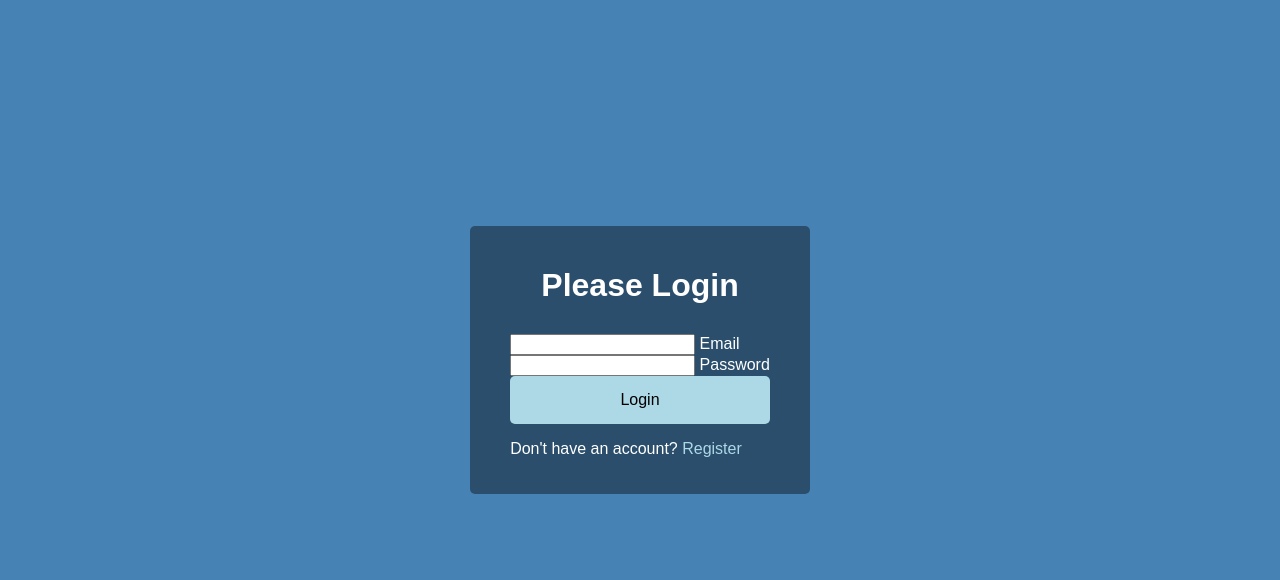
Repository: MMXiaohang/50projects50days-copy
Page: 8-form-input-wave/1-index.html
An editor plug-in stored every save of this project. The page is shown before and after the next save, followed by the edit.
The browser window is 1280 px wide. The pictures show the whole page.
Some web fonts or font styles are not loaded; a fallback is used.

Above is the page before, as saved 2022-07-06 00:01:38.

After the next save:
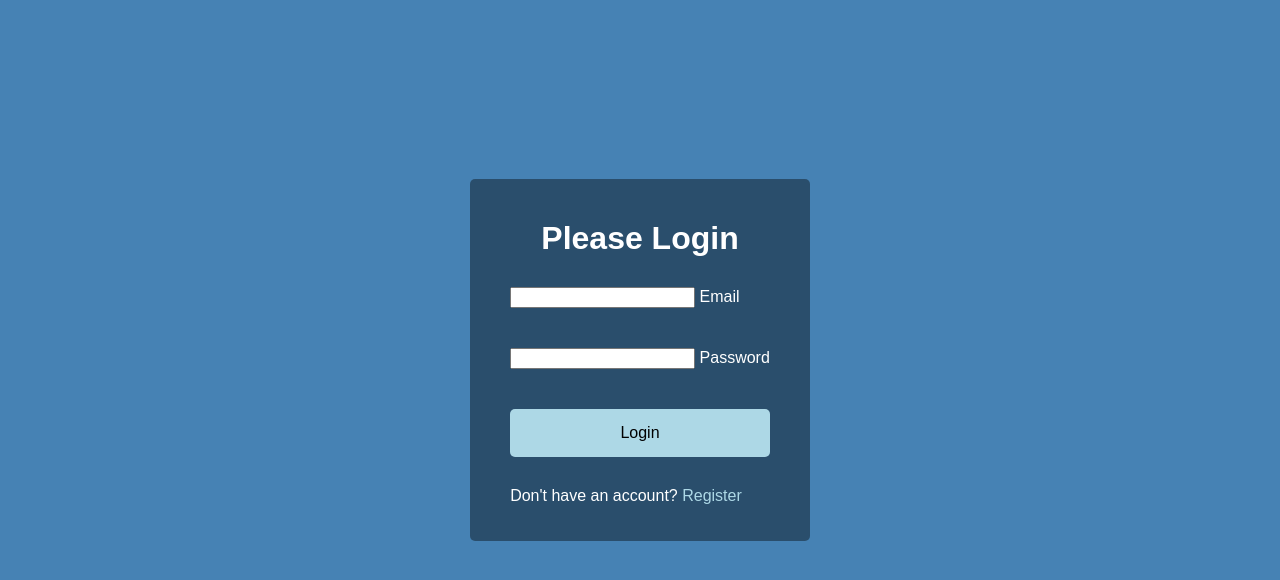
Saved 48 s later.
--- a/8-form-input-wave/1-style.css
+++ b/8-form-input-wave/1-style.css
@@ -52,3 +52,12 @@
 .btn:active{
     transform: scale(0.98);
 }
+
+.text {
+    margin-top: 30px;
+}
+
+.form-control {
+    position: relative;
+    margin: 20px 0 40px;
+}
